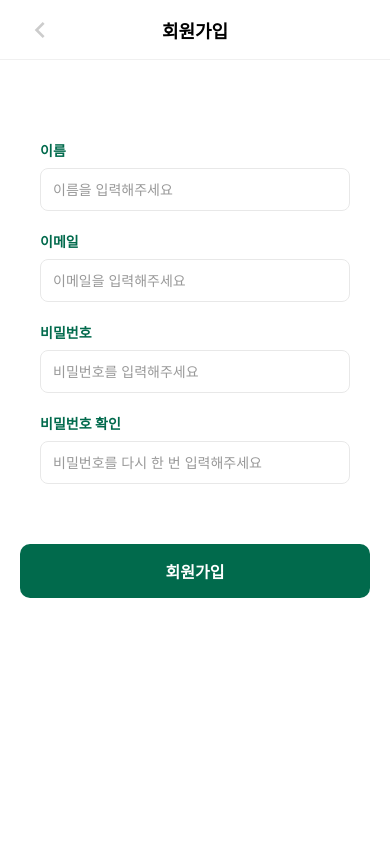
Repository: Sesac-icare/FrontEndiCare
Screen: /SignUp (app in iCare/)
An editor plug-in stored every save of this project. The screen is shown before and after the next save, followed by the edit.
The app was drawn by React Native's web renderer in a window 390 px wide. The project was rebuilt for these pictures with package versions that can differ from the ones it lists, and the page was loaded fresh each time. Some packages were replaced by stand-ins written for this rebuild. Also part of the build but not shown: iCare/components/Header.js, iCare/components/Contents.js, iCare/components/HospitalList.js, iCare/components/PharmacyList.js, iCare/components/MyPage.js.

Above is the screen before, as saved 2025-02-06 10:08:30.

After the next save:
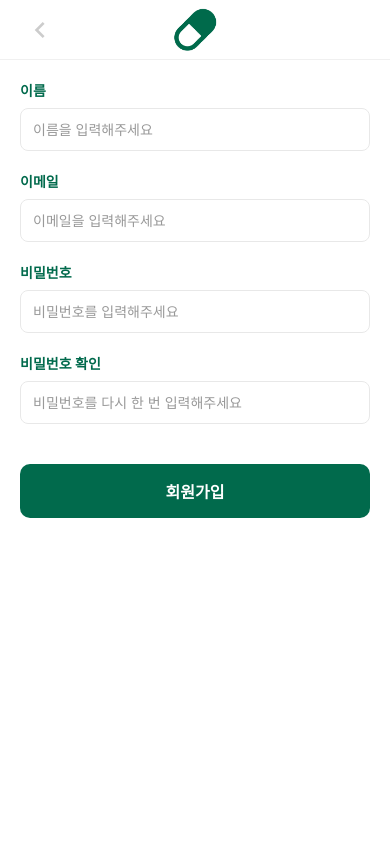
Saved 41 s later.
--- a/iCare/components/auth/SignUp.js
+++ b/iCare/components/auth/SignUp.js
@@ -25,48 +25,50 @@ export default function SignUp() {
           >
             <MaterialIcons name="chevron-left" size={32} color="#CCCCCC" />
           </TouchableOpacity>
-          <Text style={styles.headerTitle}>회원가입</Text>
+          <Image
+            source={require("../../assets/HeaderGreenLogo.png")}
+            style={styles.logo}
+            resizeMode="contain"
+          />
         </View>
 
         <ScrollView style={styles.content}>
-          <View style={styles.inputWrapper}>
-            <View style={styles.inputSection}>
-              <Text style={styles.label}>이름</Text>
-              <TextInput
-                style={styles.input}
-                placeholder="이름을 입력해주세요"
-                placeholderTextColor="#999"
-              />
-            </View>
+          <View style={styles.inputSection}>
+            <Text style={styles.label}>이름</Text>
+            <TextInput
+              style={styles.input}
+              placeholder="이름을 입력해주세요"
+              placeholderTextColor="#999"
+            />
+          </View>
 
-            <View style={styles.inputSection}>
-              <Text style={styles.label}>이메일</Text>
-              <TextInput
-                style={styles.input}
-                placeholder="이메일을 입력해주세요"
-                placeholderTextColor="#999"
-              />
-            </View>
+          <View style={styles.inputSection}>
+            <Text style={styles.label}>이메일</Text>
+            <TextInput
+              style={styles.input}
+              placeholder="이메일을 입력해주세요"
+              placeholderTextColor="#999"
+            />
+          </View>
 
-            <View style={styles.inputSection}>
-              <Text style={styles.label}>비밀번호</Text>
-              <TextInput
-                style={styles.input}
-                placeholder="비밀번호를 입력해주세요"
-                placeholderTextColor="#999"
-                secureTextEntry
-              />
-            </View>
+          <View style={styles.inputSection}>
+            <Text style={styles.label}>비밀번호</Text>
+            <TextInput
+              style={styles.input}
+              placeholder="비밀번호를 입력해주세요"
+              placeholderTextColor="#999"
+              secureTextEntry
+            />
+          </View>
 
-            <View style={styles.inputSection}>
-              <Text style={styles.label}>비밀번호 확인</Text>
-              <TextInput
-                style={styles.input}
-                placeholder="비밀번호를 다시 한 번 입력해주세요"
-                placeholderTextColor="#999"
-                secureTextEntry
-              />
-            </View>
+          <View style={styles.inputSection}>
+            <Text style={styles.label}>비밀번호 확인</Text>
+            <TextInput
+              style={styles.input}
+              placeholder="비밀번호를 다시 한 번 입력해주세요"
+              placeholderTextColor="#999"
+              secureTextEntry
+            />
           </View>
 
           <TouchableOpacity
